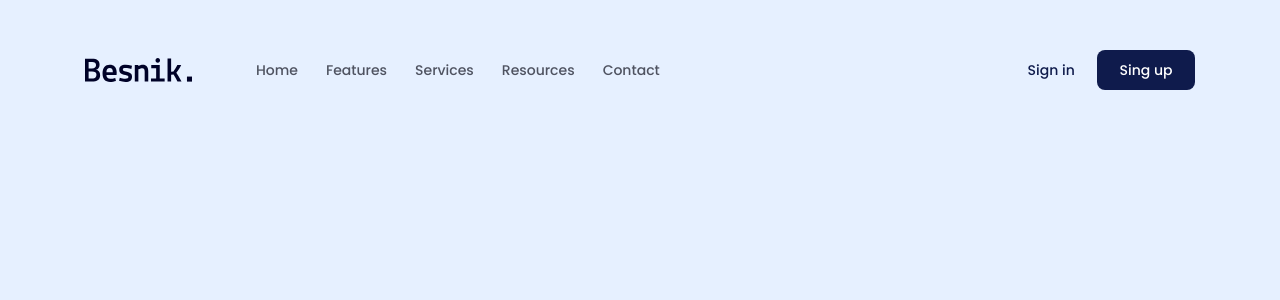
Repository: anhtien111198/f8-htmlcss-01
Page: index.html
These files come from the project's save history. The page is drawn as it stood at one moment and after the next save; the edit follows.
The browser window is 1280 px wide. The pictures show the whole page.
The pointer rests on the first visible `.btn`.

Above is the page before, as saved 2023-04-29 15:05:41.

### index.html
<!DOCTYPE html>
<html lang="en">
    <head>
        <meta charset="UTF-8" />
        <meta http-equiv="X-UA-Compatible" content="IE=edge" />
        <meta name="viewport" content="width=device-width, initial-scale=1.0" />
        <title>F8 project 01</title>
        <link rel="stylesheet" href="./assets/css/reset.css" />
        <link rel="stylesheet" href="./assets/fonts/stylesheet.css" />
        <link rel="stylesheet" href="./assets/css/styles.css" />
    </head>
    <body>
        <main>
            <header class="header">
                <div class="content">
                    <nav class="navbar">
                        <!-- logo -->
                        <img src="./assets/img/logo.svg" alt="Besnik." />
                        <!-- Navigation -->
                        <ul>
                            <li>
                                <a href="#!">Home</a>
                            </li>
                            <li>
                                <a href="#!">Features</a>
                            </li>
                            <li>
                                <a href="#!">Services</a>
                            </li>
                            <li>
                                <a href="#!">Resources</a>
                            </li>
                            <li>
                                <a href="#!">Contact</a>
                            </li>
                        </ul>
                        <!-- Action -->
                        <div class="action">
                            <a href="#!" class="action-link">Sign in</a>
                            <a href="#!" class="btn action-btn">Sing up</a>
                        </div>
                    </nav>
                </div>
            </header>
        </main>
    </body>
</html>

### assets/fonts/stylesheet.css
@font-face {
    font-family: "Poppins";
    src: url("Poppins/Poppins-Black.woff2") format("woff2"),
        url("Poppins/Poppins-Black.woff") format("woff");
    font-weight: 900;
    font-style: normal;
    font-display: swap;
}

@font-face {
    font-family: "Poppins";
    src: url("Poppins/Poppins-Bold.woff2") format("woff2"),
        url("Poppins/Poppins-Bold.woff") format("woff");
    font-weight: bold;
    font-style: normal;
    font-display: swap;
}

@font-face {
    font-family: "Poppins";
    src: url("Poppins/Poppins-BlackItalic.woff2") format("woff2"),
        url("Poppins/Poppins-BlackItalic.woff") format("woff");
    font-weight: 900;
    font-style: italic;
    font-display: swap;
}

@font-face {
    font-family: "Poppins";
    src: url("Poppins/Poppins-BoldItalic.woff2") format("woff2"),
        url("Poppins/Poppins-BoldItalic.woff") format("woff");
    font-weight: bold;
    font-style: italic;
    font-display: swap;
}

@font-face {
    font-family: "Poppins";
    src: url("Poppins/Poppins-ExtraBoldItalic.woff2") format("woff2"),
        url("Poppins/Poppins-ExtraBoldItalic.woff") format("woff");
    font-weight: bold;
    font-style: italic;
    font-display: swap;
}

@font-face {
    font-family: "Poppins";
    src: url("Poppins/Poppins-ExtraBold.woff2") format("woff2"),
        url("Poppins/Poppins-ExtraBold.woff") format("woff");
    font-weight: bold;
    font-style: normal;
    font-display: swap;
}

@font-face {
    font-family: "Poppins";
    src: url("Poppins/Poppins-ExtraLight.woff2") format("woff2"),
        url("Poppins/Poppins-ExtraLight.woff") format("woff");
    font-weight: 200;
    font-style: normal;
    font-display: swap;
}

@font-face {
    font-family: "Poppins";
    src: url("Poppins/Poppins-ExtraLightItalic.woff2") format("woff2"),
        url("Poppins/Poppins-ExtraLightItalic.woff") format("woff");
    font-weight: 200;
    font-style: italic;
    font-display: swap;
}

@font-face {
    font-family: "Poppins";
    src: url("Poppins/Poppins-LightItalic.woff2") format("woff2"),
        url("Poppins/Poppins-LightItalic.woff") format("woff");
    font-weight: 300;
    font-style: italic;
    font-display: swap;
}

@font-face {
    font-family: "Poppins";
    src: url("Poppins/Poppins-Light.woff2") format("woff2"),
        url("Poppins/Poppins-Light.woff") format("woff");
    font-weight: 300;
    font-style: normal;
    font-display: swap;
}

@font-face {
    font-family: "Poppins";
    src: url("Poppins/Poppins-Italic.woff2") format("woff2"),
        url("Poppins/Poppins-Italic.woff") format("woff");
    font-weight: normal;
    font-style: italic;
    font-display: swap;
}

@font-face {
    font-family: "Poppins";
    src: url("Poppins/Poppins-Regular.woff2") format("woff2"),
        url("Poppins/Poppins-Regular.woff") format("woff");
    font-weight: normal;
    font-style: normal;
    font-display: swap;
}

@font-face {
    font-family: "Poppins";
    src: url("Poppins/Poppins-MediumItalic.woff2") format("woff2"),
        url("Poppins/Poppins-MediumItalic.woff") format("woff");
    font-weight: 500;
    font-style: italic;
    font-display: swap;
}

@font-face {
    font-family: "Poppins";
    src: url("Poppins/Poppins-SemiBoldItalic.woff2") format("woff2"),
        url("Poppins/Poppins-SemiBoldItalic.woff") format("woff");
    font-weight: 600;
    font-style: italic;
    font-display: swap;
}

@font-face {
    font-family: "Poppins";
    src: url("Poppins/Poppins-Thin.woff2") format("woff2"),
        url("Poppins/Poppins-Thin.woff") format("woff");
    font-weight: 100;
    font-style: normal;
    font-display: swap;
}

@font-face {
    font-family: "Poppins";
    src: url("Poppins/Poppins-Medium.woff2") format("woff2"),
        url("Poppins/Poppins-Medium.woff") format("woff");
    font-weight: 500;
    font-style: normal;
    font-display: swap;
}

@font-face {
    font-family: "Poppins";
    src: url("Poppins/Poppins-SemiBold.woff2") format("woff2"),
        url("Poppins/Poppins-SemiBold.woff") format("woff");
    font-weight: 600;
    font-style: normal;
    font-display: swap;
}

@font-face {
    font-family: "Poppins";
    src: url("Poppins/Poppins-ThinItalic.woff2") format("woff2"),
        url("Poppins/Poppins-ThinItalic.woff") format("woff");
    font-weight: 100;
    font-style: italic;
    font-display: swap;
}

### assets/css/styles.css
* {
    box-sizing: border-box;
}
html {
    font-size: 62.5%;
}
body {
    font-size: 1.6rem;
    font-family: "Poppins", sans-serif;
}
/* common */
a {
    text-decoration: none;
}
.content {
    width: 1110px;
    max-width: calc(100% - 48px);
    margin-left: auto;
    margin-right: auto;
}
.btn {
    display: inline-block;
    min-width: 98px;
    padding: 18px 16px;
    background: #0f1b4c;
    border-radius: 8px;
    font-weight: 500;
    font-size: 1.4rem;
    text-align: center;
    color: #ffffff;
}
/* heder */
.header {
    background: #e6f0ff;
    height: 100vh;
}
.navbar {
    display: flex;
    align-items: center;
    padding-top: 50px;
}
.navbar ul {
    display: flex;
    margin-left: 50px;
    /* justify-content: center; */
}
.navbar .action {
    margin-left: auto;
}
.navbar ul a {
    font-weight: 500;
    font-size: 1.4rem;
    color: #4f5361;
    padding: 8px 14px;
}
.navbar ul a:hover {
    text-decoration: underline;
}
.navbar .action-link {
    font-weight: 500;
    font-size: 1.4rem;
    color: #0f1b4c;
}
.navbar .action-btn {
    padding: 13px 16px;
    margin-left: 18px;
}

Loaded but not shown: assets/css/reset.css (common file)

After the next save:
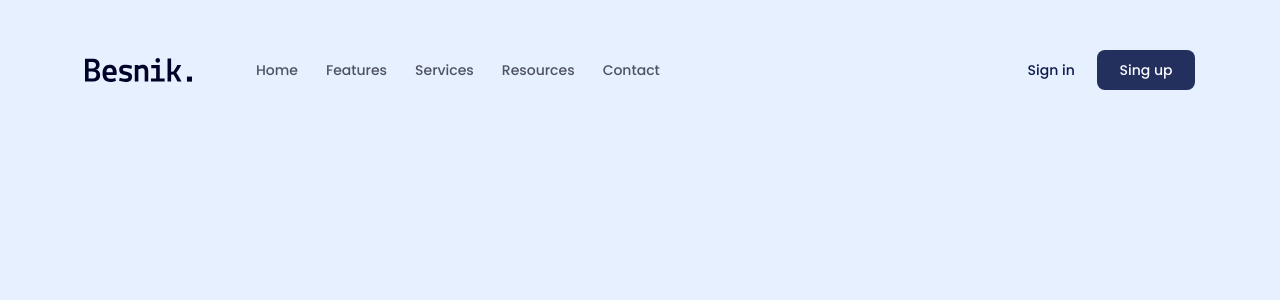
Saved 30 s later.
--- a/assets/css/styles.css
+++ b/assets/css/styles.css
@@ -28,6 +28,9 @@
     font-size: 1.4rem;
     text-align: center;
     color: #ffffff;
+}
+.btn:hover {
+    opacity: 0.9;
 }
 /* heder */
 .header {
